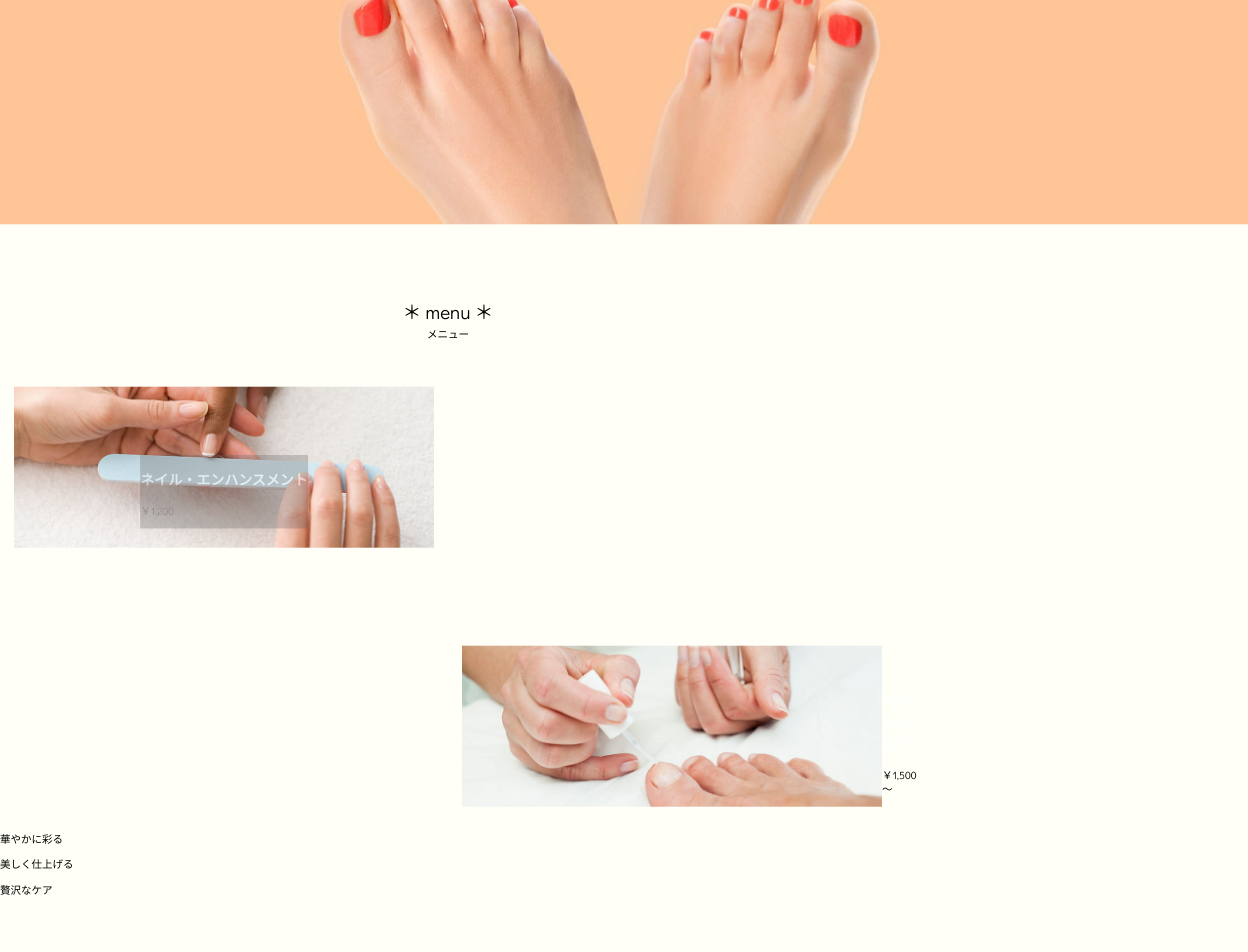
Repository: yukitakahashi1002/salontakahashi-
Page: index.html
An editor plug-in stored every save of this project. The page is shown before and after the next save, followed by the edit.
The browser window is 1280 px wide. The page is 1783 px wide, so the pictures cover 1783 px, including what lies to the right of the window. The pictures show the part of the page from y = 569 to 1929 px (the page is 1929 px tall), at 70% of full size.

Above is the page before, as saved 2023-07-29 01:42:35.

### index.html
<!DOCTYPE html>
<html>
<head>
    <title>Salon Takahashi</title>
    <meta charset="utf-8">
    <meta name="description" content="">
    <meta name="viewport" content="width=device-width, initial-scale=1.0">
    <link rel="stylesheet" href='https://fonts.googleapis.com/css?family=Didact Gothic'>
    <link rel="stylesheet" href="style.css">
</head>
<body>
    <!-- ヘッダー -->
    <header>
        <!-- サイトタイトル -->
        <h1>salon takahashi</h1>

        <!-- PC用ナビゲーション -->
        <nav id="nav-pc">
            <a href="/">home</a>
            <a href="sell.html">sell</a>
            <a href="design.html">design</a>
            <a href="reserve.html">reserve</a>
        </nav>
    </header>
    <main>
        <article>
            <!-- メインビジュアル -->
            <section id="main-visual">
                <div id="main-message">
                    <h1>salon takahashi</h1>
                    <p>good style, feeling</p>
                </div>
                <img src="images/59d4f7_2405db9ac6a045a282c7ab2926bb89a0~mv2.jpg" alt="赤いペディキュアのサロンイメージ画像">
            </section>
            <!-- menu -->
            <section id="menu">
                <div class="section-title">
                    <h2 class="index-h2">＊ menu ＊</h2>
                    <p>メニュー</p>
                </div>
                <div id="menu-flex">
                    <div class="menu-flex-left">
                        <img id="menu-photo1" src="images/5bf6e16609554325bf973714113b2404.jpg" alt="ネイル強化メニュー">
                        <div>
                            <h3>ネイル・エンハンスメント</h3>
                            <p>￥1,200</p>
                        </div>
                    </div>
                    <div class="menu-flex-right">
                        <img id="menu-photo2" src="images/75d452f57d5d49689d22990be695edd7.jpg" alt="ペディキュアネイルメニュー" vertical-align: bottom;>
                        <div>
                            <h3>ペディキュア</h3>
                            <p>￥1,500～</p>
                        </div>
                    </div>
                </div>
                <div>
                    <p> 華やかに彩る</p>
                    <p> 美しく仕上げる</p>
                    <p> 贅沢なケア</p>
                </div>
            </section>
        </article>
    </main>
</body>
<footer>

</footer>
</html>

### style.css
/* PC、スマホ共通スタイル */
body {
    font-family: 'Didact Gothic', sans-serif;
    background-color: #FFFFF8;
}

p {
    font-size: 15px;
}

/*=============
PC用のスタイル
==============*/
/* 横幅設定 */
body {
    max-width: 1800px;
    min-width: 960px;
    margin: 0 auto 0 auto;
}

/* ヘッダー */
header {
    text-align: center;
    margin-top: 50px;
}
header > h1 {
    margin-left: 20px;
    font-weight: normal;
}

/* ナビゲーションのレイアウト */
#nav-pc > a:link {
    text-decoration: none;
    margin-left: 20px;
    color: #0d0d0d;
}

#nav-pc > a:visited {
    color: #0d0d0d;
}

#nav-pc > a:hover {
    color: #0d0d0d;
    text-decoration: underline;
}

#nav-pc > a:active {
    color: #0d0d0d;
}

/* メインビジュアル */
#main-visual {
    text-align: center;
}

#main-message > h1 {
    font-size: 60px;
    margin: 100px auto 0 auto;
    font-weight: normal;
}
#main-message > p {
    font-size: 20px;
}

#main-visual > img {
    margin: 80px auto 0 auto;
}

/* 見出し */
.section-title {
    text-align: center;
}
.section-title > P {
    margin-top: -20px;
}


h2 {
    font-weight: normal;
    font-size: 27px;
}

h3 {
    font-size: 20px;
    color: #ffffff;
}

/* メニュー */
#menu {
    margin: 100px auto 80px auto;
    width: 100%;
}

#menu-flex {
    width: 100%;
    display: flex;
}

#menu-flex > div {
    width: 50%;
    height: 600px;
    margin: 50px 20px 20px 20px;
}

.menu-flex-left {
    display: flex;
    align-items: flex-start;
    position: relative;
}

.menu-flex-left > img {
    width: 100%;
}

.menu-flex-left > div {
    position: absolute;
    top: 25%;
    left: 50%;
    -ms-transform: translate(-50%, -50%);
    -webkit-tranfsorm: translate(-50%, -50%);
    transform: translate(-50%, -50%);
    margin: 0;
    padding: 0;
    background-color: #666666;
    opacity: 0.3;
}


.menu-flex-right {
    display: flex;
    align-items: flex-end;
}


.menu-flex-right > img {
    width: 100%;
}

After the next save:
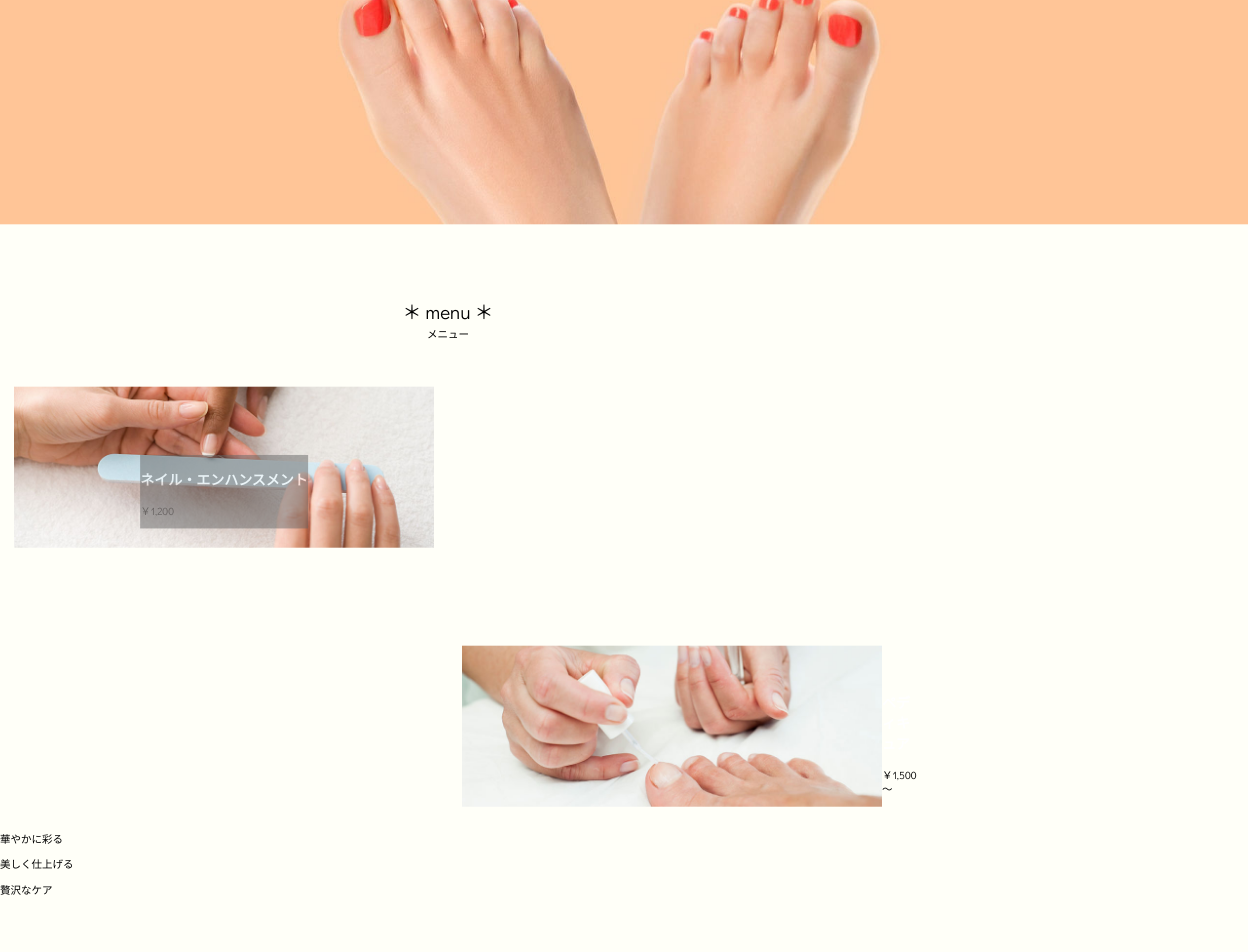
Saved 21 s later.
--- a/style.css
+++ b/style.css
@@ -122,7 +122,7 @@ h3 {
     margin: 0;
     padding: 0;
     background-color: #666666;
-    opacity: 0.3;
+    opacity: 0.5;
 }
 
 
